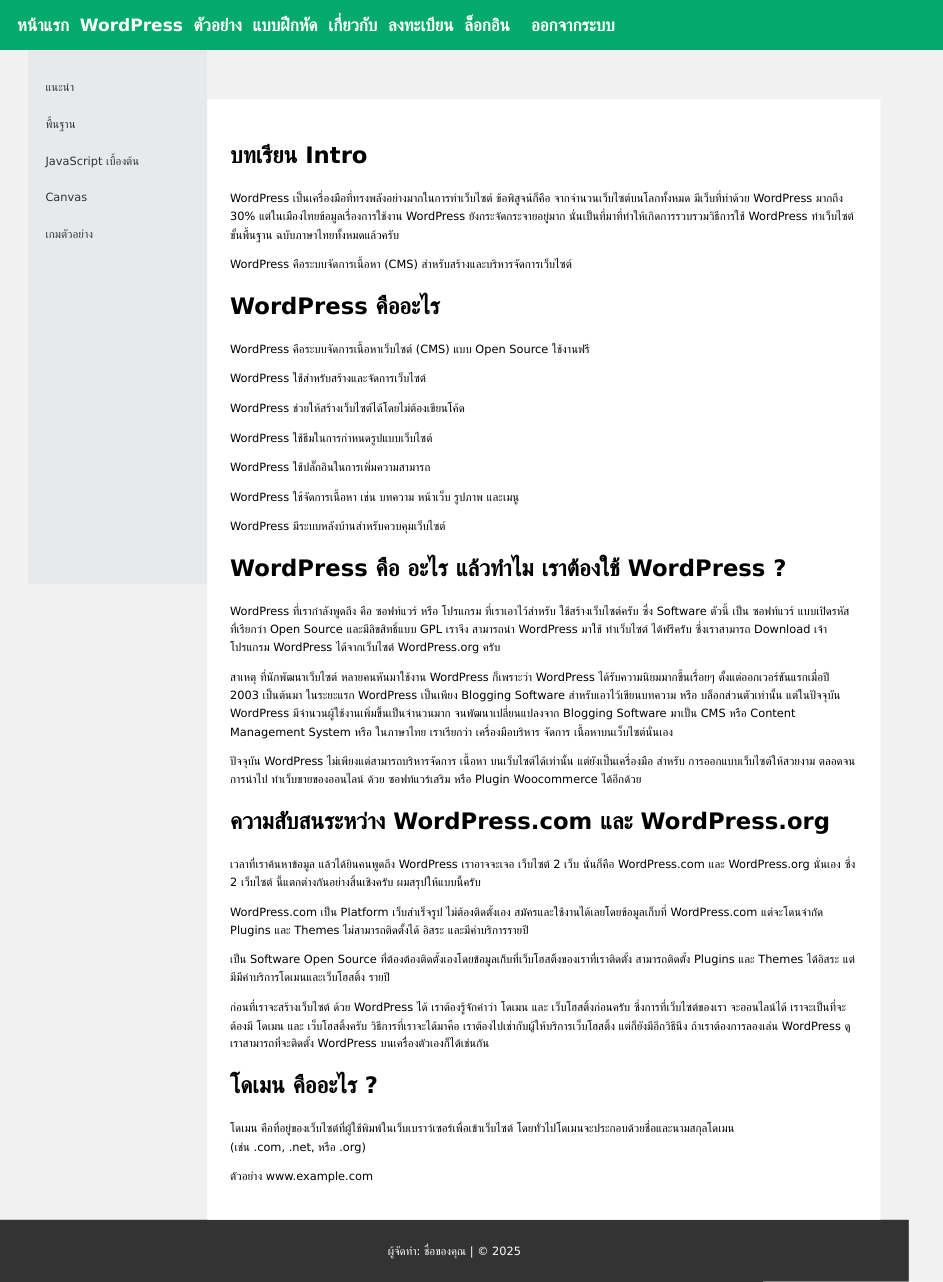
Repository: staggil/thesis
Page: lessons/intro.html
These files come from the project's save history. The page is drawn as it stood at one moment and after the next save; the edit follows.
The browser window is 1280 px wide. The page is 1328 px wide, so the pictures cover 1328 px, including what lies to the right of the window. The pictures show the whole page, at 71% of full size.
The page's requests for data from a server got no answer.

Above is the page before, as saved 2025-12-15 04:09:50.

After the next save:
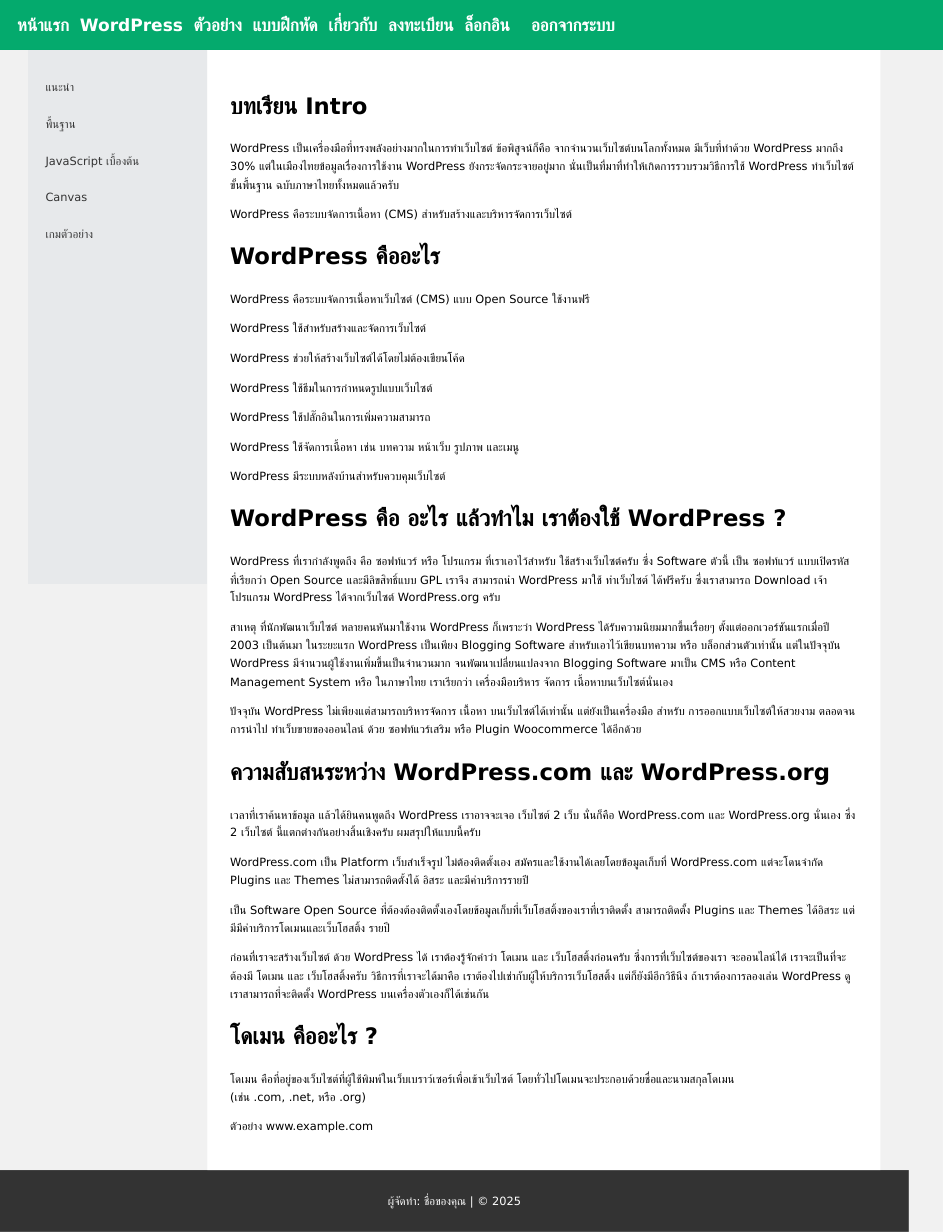
Saved 65 s later.
--- a/style.css
+++ b/style.css
@@ -82,7 +82,7 @@
     background-color: #fff;
     padding: 32px;
     max-width: 960px; /* เหมือน W3Schools */
-    margin-top: 70px; /* ความสูง header */
+
 }
 
 /* กรณีหน้า index.html ไม่มี sidebar */
